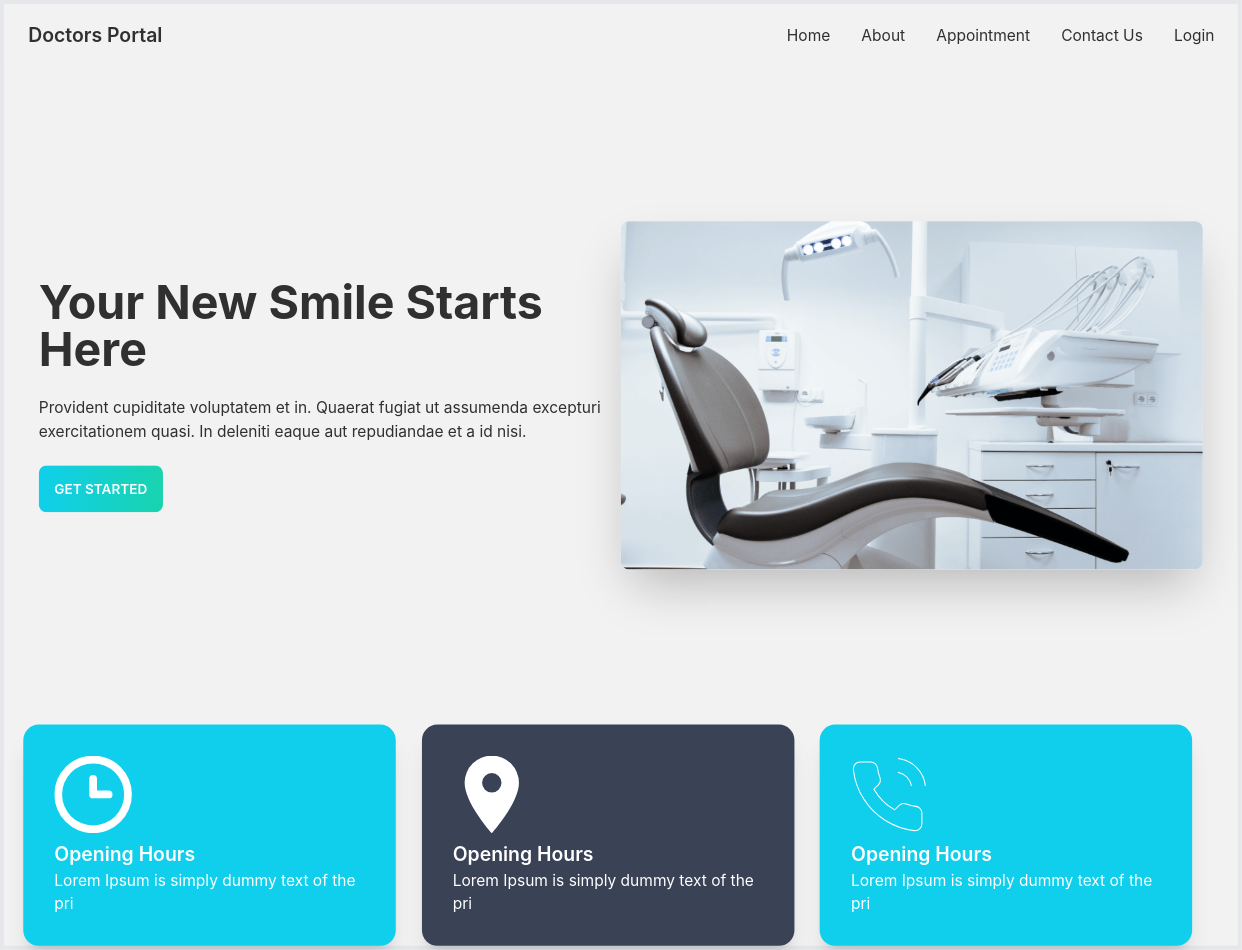
Repository: Samad77/Doctorportal-Client
Page: /
These files come from the project's save history. The page is drawn as it stood at one moment and after the next save; the edit follows.
The browser window is 1280 px wide. The pictures show the whole page, at 97% of full size.
The project was rebuilt for these pictures with package versions that can differ from the ones it lists, and the page was loaded fresh each time. Also part of the build but not shown: src/Pages/Login/Login.js.

Above is the page before, as saved 2022-11-12 11:13:35.

After the next save:
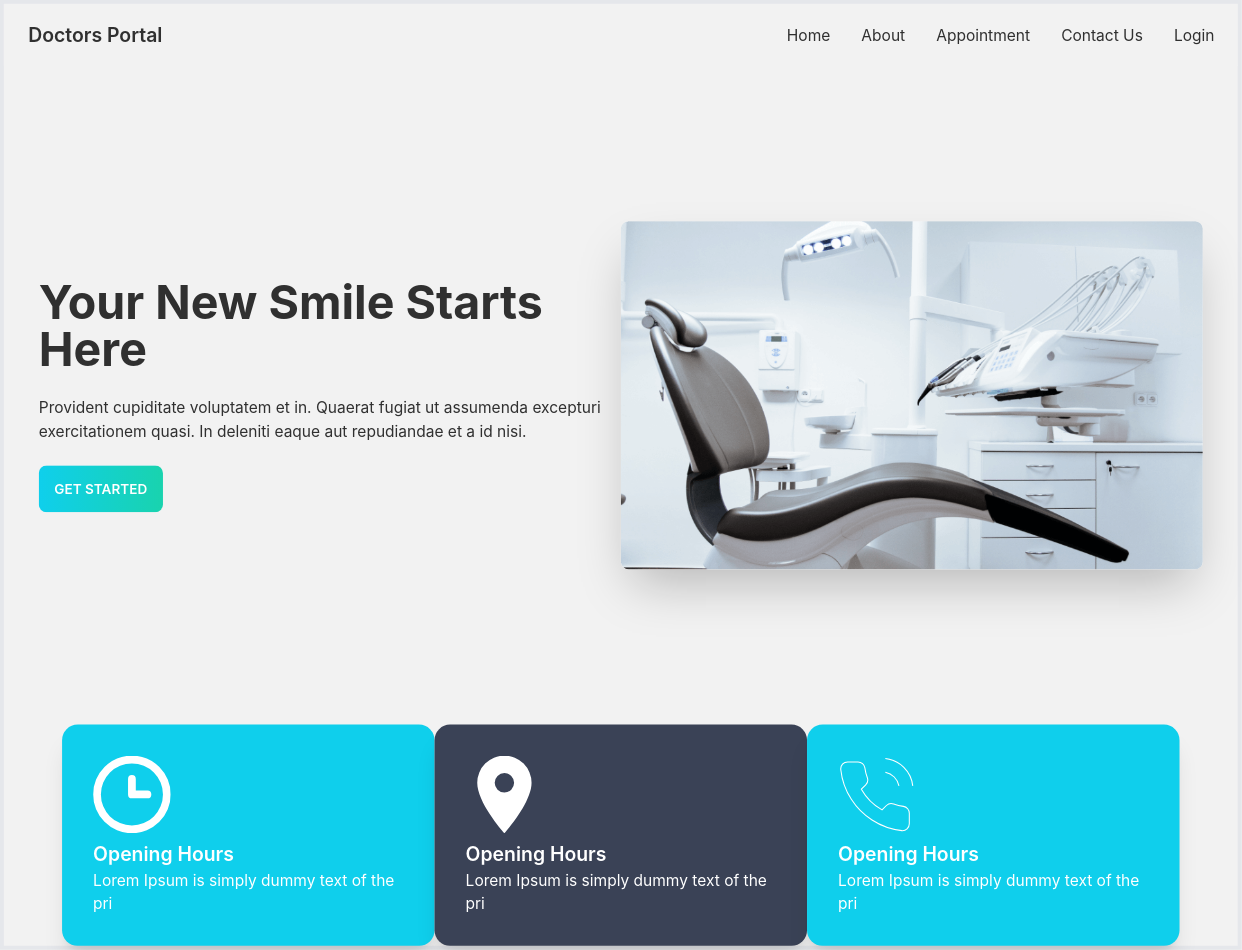
Saved 20 s later.
--- a/src/Pages/Home/Cards/Cards.js
+++ b/src/Pages/Home/Cards/Cards.js
@@ -6,7 +6,7 @@ import img4 from '../../../assets/icons/quote.svg'
 
 const Cards = () => {
     return (
-        <section className='grid grid-cols-3 '>
+        <section className='grid grid-cols-3 px-10'>
             <div className="card w-96 bg-primary text-white shadow-xl">
                 <div className="card-body flex ">
                     <div className=''>
